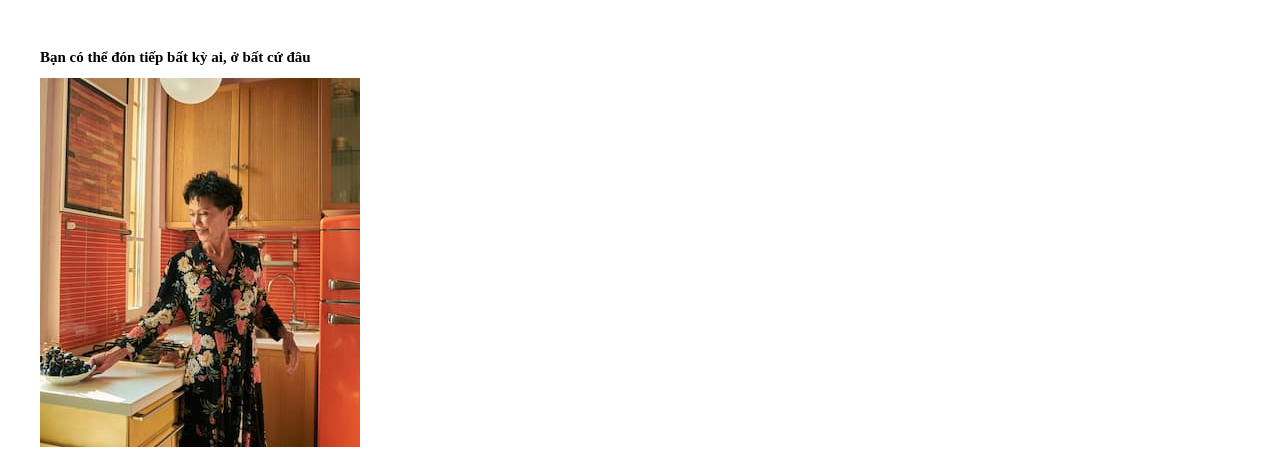
Repository: HoanTiny/AirbnbClone
Page: page3.html
The author's editor kept a copy of each file at every save. The page is drawn from the files as they stood at one save, then again after the next save.
The browser window is 1280 px wide. The pictures show the part of the page from y = 720 to 1208 px (the page is 1172 px tall before and 1208 px after).

Above is the page before, as saved 2021-09-13 09:41:12.

### page3.html
<!DOCTYPE html>
<html lang="en">
    <head>
        <meta charset="UTF-8" />
        <meta http-equiv="X-UA-Compatible" content="IE=edge" />
        <meta name="viewport" content="width=device-width, initial-scale=1.0" />
        <link rel="stylesheet" href="./acess/css/mainpage3.css" />
        <link rel="stylesheet" href="./acess/css/gird.css" />
        <link rel="stylesheet" href="./acess/css/base.css" />
        <link rel="stylesheet" href="./acess/css/reponsive.css" />
        <link
            rel="stylesheet"
            href="./acess/font/fontawesome-free-5.15.3-web/css/all.min.css"
        />
        <title>Cho thuê nhà</title>
    </head>
    <body>
        <div class="app-p3">
            <div class="banner">
                <div class="banner__left">
                    <div class="banner__left-img">
                        <svg
                            width="30"
                            height="32"
                            fill="currentcolor"
                            color="#fff"
                            style="display: block"
                        >
                            <path
                                d="M29.24 22.68c-.16-.39-.31-.8-.47-1.15l-.74-1.67-.03-.03c-2.2-4.8-4.55-9.68-7.04-14.48l-.1-.2c-.25-.47-.5-.99-.76-1.47-.32-.57-.63-1.18-1.14-1.76a5.3 5.3 0 00-8.2 0c-.47.58-.82 1.19-1.14 1.76-.25.52-.5 1.03-.76 1.5l-.1.2c-2.45 4.8-4.84 9.68-7.04 14.48l-.06.06c-.22.52-.48 1.06-.73 1.64-.16.35-.32.73-.48 1.15a6.8 6.8 0 007.2 9.23 8.38 8.38 0 003.18-1.1c1.3-.73 2.55-1.79 3.95-3.32 1.4 1.53 2.68 2.59 3.95 3.33A8.38 8.38 0 0022.75 32a6.79 6.79 0 006.75-5.83 5.94 5.94 0 00-.26-3.5zm-14.36 1.66c-1.72-2.2-2.84-4.22-3.22-5.95a5.2 5.2 0 01-.1-1.96c.07-.51.26-.96.52-1.34.6-.87 1.65-1.41 2.8-1.41a3.3 3.3 0 012.8 1.4c.26.4.45.84.51 1.35.1.58.06 1.25-.1 1.96-.38 1.7-1.5 3.74-3.21 5.95zm12.74 1.48a4.76 4.76 0 01-2.9 3.75c-.76.32-1.6.41-2.42.32-.8-.1-1.6-.36-2.42-.84a15.64 15.64 0 01-3.63-3.1c2.1-2.6 3.37-4.97 3.85-7.08.23-1 .26-1.9.16-2.73a5.53 5.53 0 00-.86-2.2 5.36 5.36 0 00-4.49-2.28c-1.85 0-3.5.86-4.5 2.27a5.18 5.18 0 00-.85 2.21c-.13.84-.1 1.77.16 2.73.48 2.11 1.78 4.51 3.85 7.1a14.33 14.33 0 01-3.63 3.12c-.83.48-1.62.73-2.42.83a4.76 4.76 0 01-5.32-4.07c-.1-.8-.03-1.6.29-2.5.1-.32.25-.64.41-1.02.22-.52.48-1.06.73-1.6l.04-.07c2.16-4.77 4.52-9.64 6.97-14.41l.1-.2c.25-.48.5-.99.76-1.47.26-.51.54-1 .9-1.4a3.32 3.32 0 015.09 0c.35.4.64.89.9 1.4.25.48.5 1 .76 1.47l.1.2c2.44 4.77 4.8 9.64 7 14.41l.03.03c.26.52.48 1.1.73 1.6.16.39.32.7.42 1.03.19.9.29 1.7.19 2.5z"
                            ></path>
                        </svg>
                    </div>
                    <div class="banner__left-conttent">
                        <h1 class="banner__left-heading">
                            Đón tiếp khách làm nên linh hồn của Airbnb
                        </h1>
                        <button class="banner__left-btn">
                            Thử đón tiếp khách
                        </button>
                    </div>
                    <i class="fas fa-chevron-down banner__left-icon"></i>
                </div>
                <div class="banner-right">
                    <video
                        id="video"
                        src="./acess/img/Cho thuê nhà trên Airbnb.webm"
                        class="banner__right-video"
                        autoplay
                        crossorigin="anonymous"
                        playsinline
                        preload="auto"
                        aria-label="Chelsea, Chủ nhà ở Philadelphia, mỉm cười khi mở cửa. Soraya, Chủ nhà ở Mumbai, mỉm cười khi mở cửa trước cùng một người khác ở bên cạnh. Mohamed, Chủ nhà ở Johannesburg, mỉm cười khi mở cửa. Maria, Chủ nhà ở Mexico City, gật đầu mỉm cười khi mang cây đi."
                    ></video>
                </div>
            </div>
            <div class="content">
                <div class="content__heading">
                    <div class="grid wide">
                        <h2 class="content__heading-top">
                            Bạn có thể đón tiếp bất kỳ ai, ở bất cứ đâu
                        </h2>
                    </div>
                    <div class="grid wide">
                        <div class="row content__home">
                            <div class="col l-4">
                                <img src="./acess/img/home-p3.jpg" class="img content__home-img"></img>
                            </div>
                        </div>
                    </div>
                </div>
            </div>
        </div>
        <script>
            var videoPlayer = document.getElementById("video");
            // Auto play, half volume.
            videoPlayer.play();
            videoPlayer.volume = 0.5;

            // Play / pause.
            videoPlayer.addEventListener("click", function () {
                if (videoPlayer.paused == false) {
                    videoPlayer.pause();
                    videoPlayer.firstChild.nodeValue = "Play";
                } else {
                    videoPlayer.play();
                    videoPlayer.firstChild.nodeValue = "Pause";
                }
            });
        </script>
    </body>
</html>

### acess/css/mainpage3.css
body {
    margin: 0;
}

.banner {
    height: 100vh;
    display: flex;
    justify-content: center;
}
.banner__left {
    width: 50%;
    background-color: #000;
    position: relative;
}
.banner__left-img {
    padding: 24px;
}
.banner__left-conttent {
    display: flex;
    flex-direction: column;
    align-items: center;
    justify-content: center;
    position: absolute;
    top: 50%;
    left: 50%;
    transform: translate(-50%, -50%);
    width: fit-content;
}
.banner__left-heading {
    color: #fff;
    text-align: center;
    font-size: 6.8rem;
    line-height: 7rem;
    padding: 12px 24px;
    font-weight: 500;
}
.banner__left-btn {
    padding: 18px 32px;
    font-size: 1.8rem;
    border-radius: 12px;
    background-image: linear-gradient(
        to right,
        rgb(229, 29, 80),
        rgb(220, 14, 100)
    );
    color: var(--white-color);
    border: none;
    cursor: pointer;
}

.banner__left-icon {
    color: var(--white-color);
    position: absolute;
    bottom: 32px;
    font-size: 1.5rem;
    left: 50%;
    padding: 12px;
    margin-left: -12px;
    border-radius: 50%;
    cursor: pointer;
}

.banner__left-icon:hover {
    background-color: #999;
}

.banner-right {
    width: 50%;
}

.banner__right-video {
    object-fit: cover;
    object-position: center top;
    width: 100%;
    height: 100%;
}

.content__heading-top {
    margin-top: 48px;
}

### acess/css/gird.css
.grid {
    width: 100%;
    display: block;
    padding: 0;
}

.grid.wide {
    max-width: 1200px;
    margin: 0 auto;
}

.row {
    display: flex;
    flex-wrap: wrap;
    margin-left: -8px;
    margin-right: -8px;
}

.row.no-gutters {
    margin-left: 0;
    margin-right: 0;
}

.col {
    padding-left: 12px;
    padding-right: 12px;
}

.row.no-gutters .col {
    padding-left: 0;
    padding-right: 0;
}

.c-0 {
    display: none;
}

.c-1 {
    flex: 0 0 8.33333%;
    max-width: 8.33333%;
}

.c-2 {
    flex: 0 0 16.66667%;
    max-width: 16.66667%;
}

.c-3 {
    flex: 0 0 25%;
    max-width: 25%;
}

.c-4 {
    flex: 0 0 33.33333%;
    max-width: 33.33333%;
}

.c-5 {
    flex: 0 0 41.66667%;
    max-width: 41.66667%;
}

.c-6 {
    flex: 0 0 50%;
    max-width: 50%;
}

.c-7 {
    flex: 0 0 58.33333%;
    max-width: 58.33333%;
}

.c-8 {
    flex: 0 0 66.66667%;
    max-width: 66.66667%;
}

.c-9 {
    flex: 0 0 75%;
    max-width: 75%;
}

.c-10 {
    flex: 0 0 83.33333%;
    max-width: 83.33333%;
}

.c-11 {
    flex: 0 0 91.66667%;
    max-width: 91.66667%;
}

.c-12 {
    flex: 0 0 100%;
    max-width: 100%;
}

.c-o-1 {
    margin-left: 8.33333%;
}

.c-o-2 {
    margin-left: 16.66667%;
}

.c-o-3 {
    margin-left: 25%;
}

.c-o-4 {
    margin-left: 33.33333%;
}

.c-o-5 {
    margin-left: 41.66667%;
}

.c-o-6 {
    margin-left: 50%;
}

.c-o-7 {
    margin-left: 58.33333%;
}

.c-o-8 {
    margin-left: 66.66667%;
}

.c-o-9 {
    margin-left: 75%;
}

.c-o-10 {
    margin-left: 83.33333%;
}

.c-o-11 {
    margin-left: 91.66667%;
}

/* >= Tablet */
@media (min-width: 740px) {
    .row {
        margin-left: -4px;
        margin-right: -4px;
    }

    .col {
        padding-left: 4px;
        padding-right: 4px;
    }

    .m-0 {
        display: none;
    }

    .m-1,
    .m-2,
    .m-3,
    .m-4,
    .m-5,
    .m-6,
    .m-7,
    .m-8,
    .m-9,
    .m-10,
    .m-11,
    .m-12 {
        display: block;
    }

    .m-1 {
        flex: 0 0 8.33333%;
        max-width: 8.33333%;
    }

    .m-2 {
        flex: 0 0 16.66667%;
        max-width: 16.66667%;
    }

    .m-3 {
        flex: 0 0 25%;
        max-width: 25%;
    }

    .m-4 {
        flex: 0 0 33.33333%;
        max-width: 33.33333%;
    }

    .m-5 {
        flex: 0 0 41.66667%;
        max-width: 41.66667%;
    }

    .m-6 {
        flex: 0 0 50%;
        max-width: 50%;
    }

    .m-7 {
        flex: 0 0 58.33333%;
        max-width: 58.33333%;
    }

    .m-8 {
        flex: 0 0 66.66667%;
        max-width: 66.66667%;
    }

    .m-9 {
        flex: 0 0 75%;
        max-width: 75%;
    }

    .m-10 {
        flex: 0 0 83.33333%;
        max-width: 83.33333%;
    }

    .m-11 {
        flex: 0 0 91.66667%;
        max-width: 91.66667%;
    }

    .m-12 {
        flex: 0 0 100%;
        max-width: 100%;
    }

    .m-o-1 {
        margin-left: 8.33333%;
    }

    .m-o-2 {
        margin-left: 16.66667%;
    }

    .m-o-3 {
        margin-left: 25%;
    }

    .m-o-4 {
        margin-left: 33.33333%;
    }

    .m-o-5 {
        margin-left: 41.66667%;
    }

    .m-o-6 {
        margin-left: 50%;
    }

    .m-o-7 {
        margin-left: 58.33333%;
    }

    .m-o-8 {
        margin-left: 66.66667%;
    }

    .m-o-9 {
        margin-left: 75%;
    }

    .m-o-10 {
        margin-left: 83.33333%;
    }

    .m-o-11 {
        margin-left: 91.66667%;
    }
}

/* PC medium resolution > */
@media (min-width: 1113px) {
    .row {
        margin-left: -12px;
        margin-right: -12px;
    }

    .row.sm-gutter {
        margin-left: -5px;
        margin-right: -5px;
    }

    .col {
        padding-left: 12px;
        padding-right: 12px;
    }

    .row.sm-gutter .col {
        padding-left: 5px;
        padding-right: 5px;
    }

    .l-0 {
        display: none;
    }

    .l-1,
    .l-2,
    .l-2-4,
    .l-3,
    .l-4,
    .l-5,
    .l-6,
    .l-7,
    .l-8,
    .l-9,
    .l-10,
    .l-11,
    .l-12 {
        display: block;
    }

    .l-1 {
        flex: 0 0 8.33333%;
        max-width: 8.33333%;
    }

    .l-2 {
        flex: 0 0 16.66667%;
        max-width: 16.66667%;
    }

    .l-2-4 {
        flex: 0 0 20%;
        max-width: 20%;
    }

    .l-3 {
        flex: 0 0 25%;
        max-width: 25%;
    }

    .l-4 {
        flex: 0 0 33.33333%;
        max-width: 33.33333%;
    }

    .l-5 {
        flex: 0 0 41.66667%;
        max-width: 41.66667%;
    }

    .l-6 {
        flex: 0 0 50%;
        max-width: 50%;
    }

    .l-7 {
        flex: 0 0 58.33333%;
        max-width: 58.33333%;
    }

    .l-8 {
        flex: 0 0 66.66667%;
        max-width: 66.66667%;
    }

    .l-9 {
        flex: 0 0 75%;
        max-width: 75%;
    }

    .l-10 {
        flex: 0 0 83.33333%;
        max-width: 83.33333%;
    }

    .l-11 {
        flex: 0 0 91.66667%;
        max-width: 91.66667%;
    }

    .l-12 {
        flex: 0 0 100%;
        max-width: 100%;
    }

    .l-o-1 {
        margin-left: 8.33333%;
    }

    .l-o-2 {
        margin-left: 16.66667%;
    }

    .l-o-3 {
        margin-left: 25%;
    }

    .l-o-4 {
        margin-left: 33.33333%;
    }

    .l-o-5 {
        margin-left: 41.66667%;
    }

    .l-o-6 {
        margin-left: 50%;
    }

    .l-o-7 {
        margin-left: 58.33333%;
    }

    .l-o-8 {
        margin-left: 66.66667%;
    }

    .l-o-9 {
        margin-left: 75%;
    }

    .l-o-10 {
        margin-left: 83.33333%;
    }

    .l-o-11 {
        margin-left: 91.66667%;
    }
}

/* Tablet - PC low resolution */
@media (min-width: 740px) and (max-width: 1023px) {
    .wide {
        width: 644px;
    }
}

/* > PC low resolution */
@media (min-width: 1024px) and (max-width: 1239px) {
    .wide {
        width: 984px;
    }

    .wide .row {
        margin-left: -12px;
        margin-right: -12px;
    }

    .wide .row.sm-gutter {
        margin-left: -5px;
        margin-right: -5px;
    }

    .wide .col {
        padding-left: 12px;
        padding-right: 12px;
    }

    .wide .row.sm-gutter .col {
        padding-left: 5px;
        padding-right: 5px;
    }

    .wide .l-0 {
        display: none;
    }

    .wide .l-1,
    .wide .l-2,
    .wide .l-2-4,
    .wide .l-3,
    .wide .l-4,
    .wide .l-5,
    .wide .l-6,
    .wide .l-7,
    .wide .l-8,
    .wide .l-9,
    .wide .l-10,
    .wide .l-11,
    .wide .l-12 {
        display: block;
    }

    .wide .l-1 {
        flex: 0 0 8.33333%;
        max-width: 8.33333%;
    }

    .wide .l-2 {
        flex: 0 0 16.66667%;
        max-width: 16.66667%;
    }

    .wide .l-2-4 {
        flex: 0 0 20%;
        max-width: 20%;
    }

    .wide .l-3 {
        flex: 0 0 25%;
        max-width: 25%;
    }

    .wide .l-4 {
        flex: 0 0 33.33333%;
        max-width: 33.33333%;
    }

    .wide .l-5 {
        flex: 0 0 41.66667%;
        max-width: 41.66667%;
    }

    .wide .l-6 {
        flex: 0 0 50%;
        max-width: 50%;
    }

    .wide .l-7 {
        flex: 0 0 58.33333%;
        max-width: 58.33333%;
    }

    .wide .l-8 {
        flex: 0 0 66.66667%;
        max-width: 66.66667%;
    }

    .wide .l-9 {
        flex: 0 0 75%;
        max-width: 75%;
    }

    .wide .l-10 {
        flex: 0 0 83.33333%;
        max-width: 83.33333%;
    }

    .wide .l-11 {
        flex: 0 0 91.66667%;
        max-width: 91.66667%;
    }

    .wide .l-12 {
        flex: 0 0 100%;
        max-width: 100%;
    }

    .wide .l-o-1 {
        margin-left: 8.33333%;
    }

    .wide .l-o-2 {
        margin-left: 16.66667%;
    }

    .wide .l-o-3 {
        margin-left: 25%;
    }

    .wide .l-o-4 {
        margin-left: 33.33333%;
    }

    .wide .l-o-5 {
        margin-left: 41.66667%;
    }

    .wide .l-o-6 {
        margin-left: 50%;
    }

    .wide .l-o-7 {
        margin-left: 58.33333%;
    }

    .wide .l-o-8 {
        margin-left: 66.66667%;
    }

    .wide .l-o-9 {
        margin-left: 75%;
    }

    .wide .l-o-10 {
        margin-left: 83.33333%;
    }

    .wide .l-o-11 {
        margin-left: 91.66667%;
    }
}

### acess/css/base.css
:root {
    --white-color:#fff;
    --black-color: #000;
    --text-color: #333;
}

* {
    box-sizing: inherit;
}

html {
    /* font-family: Circular, -apple-system, BlinkMacSystemFont, Roboto, "Helvetica Neue", sans-serif; */
    font-family: 'Font Awesome 5 Free';
    box-sizing: border-box;
    font-size: 62.5%;
    line-height: 1.8rem;
}

### acess/css/reponsive.css
@media (min-width: 723px) and (max-width: 1023px) {
    .hold-on-mobile-tablet {
        display: none;
    }
    .background {
        background-position: unset;
    }

    .header__nav-list-tablet {
        display: flex;
    }

    .search {
        margin: 0;
    }

    .search__item:first-of-type {
        padding-left: 32px;
    }

    .search__item {
        margin: 0;
        padding: 12px;
    }

    .home__product-tablet {
        height: 140px;
        overflow: hidden;
        display: -webkit-box;
        -webkit-line-clamp: 2;
    }

    .home__category-tablet {
        display: flex;
        max-width: 100%;
        overflow-x: auto;
        flex-wrap: nowrap;
    }

    .home__category-tablet::-webkit-scrollbar {
        display: none;
    }

    .home__category-item-tablet {
        width: 33.3333%;
        flex-shrink: 0;
    }

    .footer-end {
        flex-direction: column-reverse;
    }

    .footer__end-social-list{
        display: flex;
        justify-content: center;
    }

    .footer__end-copyright-list{
        flex-wrap: wrap;
        justify-content: center;
    }

    .footer__end-copyright__item:first-of-type {
        width: 100%;
        text-align: center;
        margin-bottom: 4px;
    }

    .header__nav-scrollba-btn {
        margin-left: auto;
    }

}

@media (max-width: 723px)
{
    .hold-on-mobile {
        display: none;
    }

    .search {
        display: none;
    }
    .header__nav {
        display: none;
    }

    .header__mobile{
        display: flex;
    }

    .footer {
        text-align: center;
    }

    .home__category-tablet {
        display: flex;
        max-width: 100%;
        overflow-x: auto;
        flex-wrap: nowrap;
    }

    .home__category-tablet::-webkit-scrollbar {
        display: none;
    }

    .home__category-item-tablet {
        width: 33.3333%;
        flex-shrink: 0;
    }

    #header__nav-scrollbar {
        display: none;
    }

    .header__mobile {
        position: fixed;
        top: 0px;
        left: 0;
        right: 0;
        z-index: 12;
        align-items: center;
    }

    .header__mobile-btn {
        border: none;
        background-color: rgb(247, 247, 247);
        box-shadow: none;
        top: 20;
    }

    .web__content-heading {
        font-size: 2.2rem;
        line-height: 2.6rem;
    }

    .home__category-next {
        display: none;
    }

    .home__category-return--active {
        display: none;
    }

    .home__experience-mobile {
        display: flex;
        max-width: 100%;
        overflow-x: auto;
        flex-wrap: nowrap;
    }

    .home__experience-mobile::-webkit-scrollbar {
        display: none;
    }

    .home__experience-mobile-item {
        width: 75%;
        flex-shrink: 0;
    }

    path {
        display: none;
    }
    .search-where {
        display: block;
        position: revert;
    }

    .search-where-icon {
        display: none;
    }

    /* Page 2 */

    .home-place__item-img {
        height: 345px;
    }

    .menu-list__item {
        border: none;
    }

    .header-page2 {
        border-bottom: none;
    }

    .header__mobile-page2 {
        display: block;
    }

    .home-place {
        margin-top: 115px;
    }

}

Loaded but not shown: acess/font/fontawesome-free-5.15.3-web/css/all.min.css (library)

After the next save:
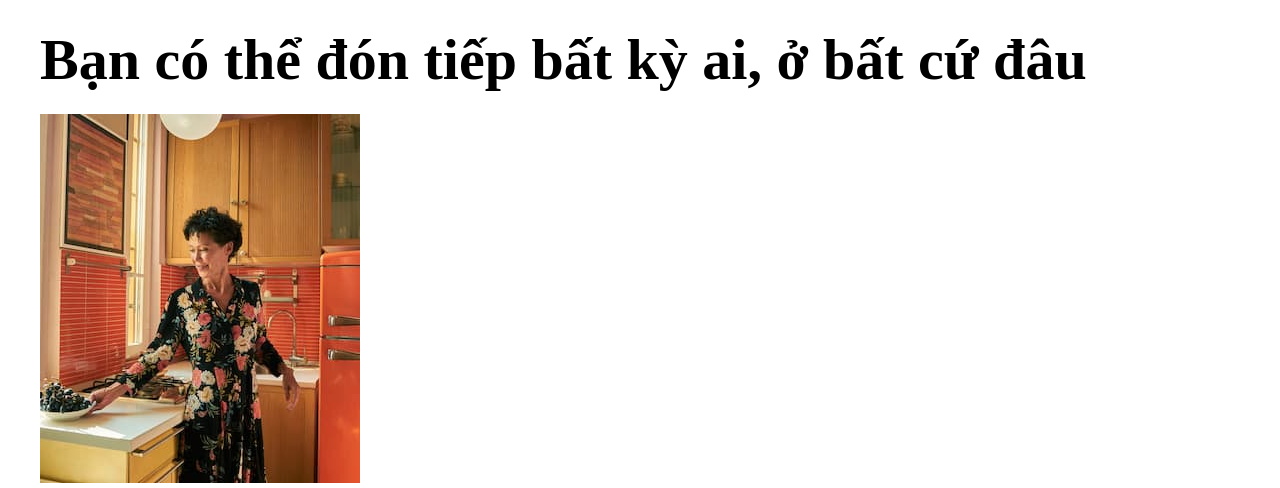
Saved 10 s later.
--- a/acess/css/mainpage3.css
+++ b/acess/css/mainpage3.css
@@ -77,4 +77,5 @@ body {
 
 .content__heading-top {
     margin-top: 48px;
+    font-size: 5.8rem;
 }
